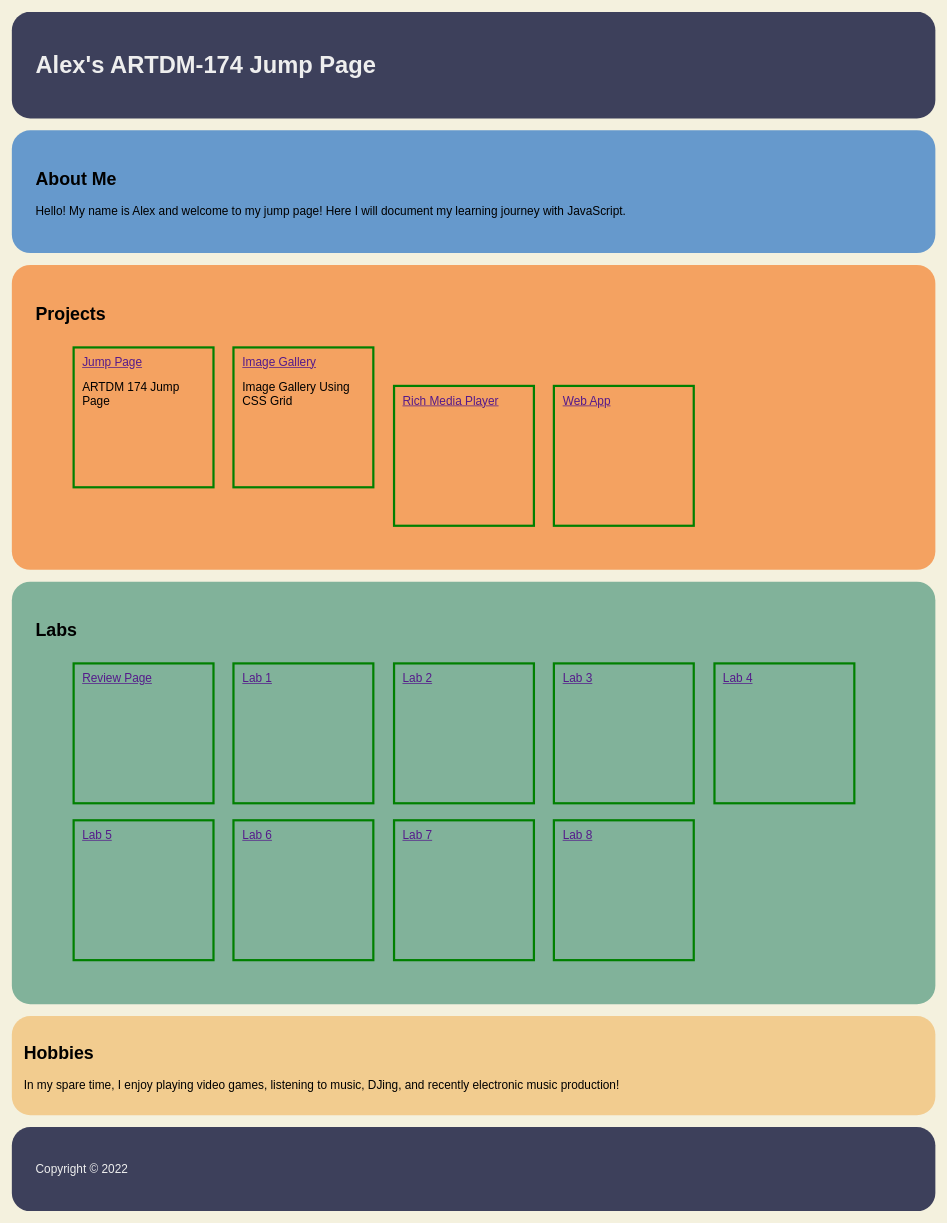
Repository: alexmaddux99/ARTDM-174
Page: CSS Animation/index.html
An editor plug-in stored every save of this project. The page is shown before and after the next save, followed by the edit.
The browser window is 1280 px wide. The pictures show the whole page, at 74% of full size.
Some web fonts or font styles are not loaded; a fallback is used.

Above is the page before, as saved 2022-02-10 13:28:40.

After the next save:
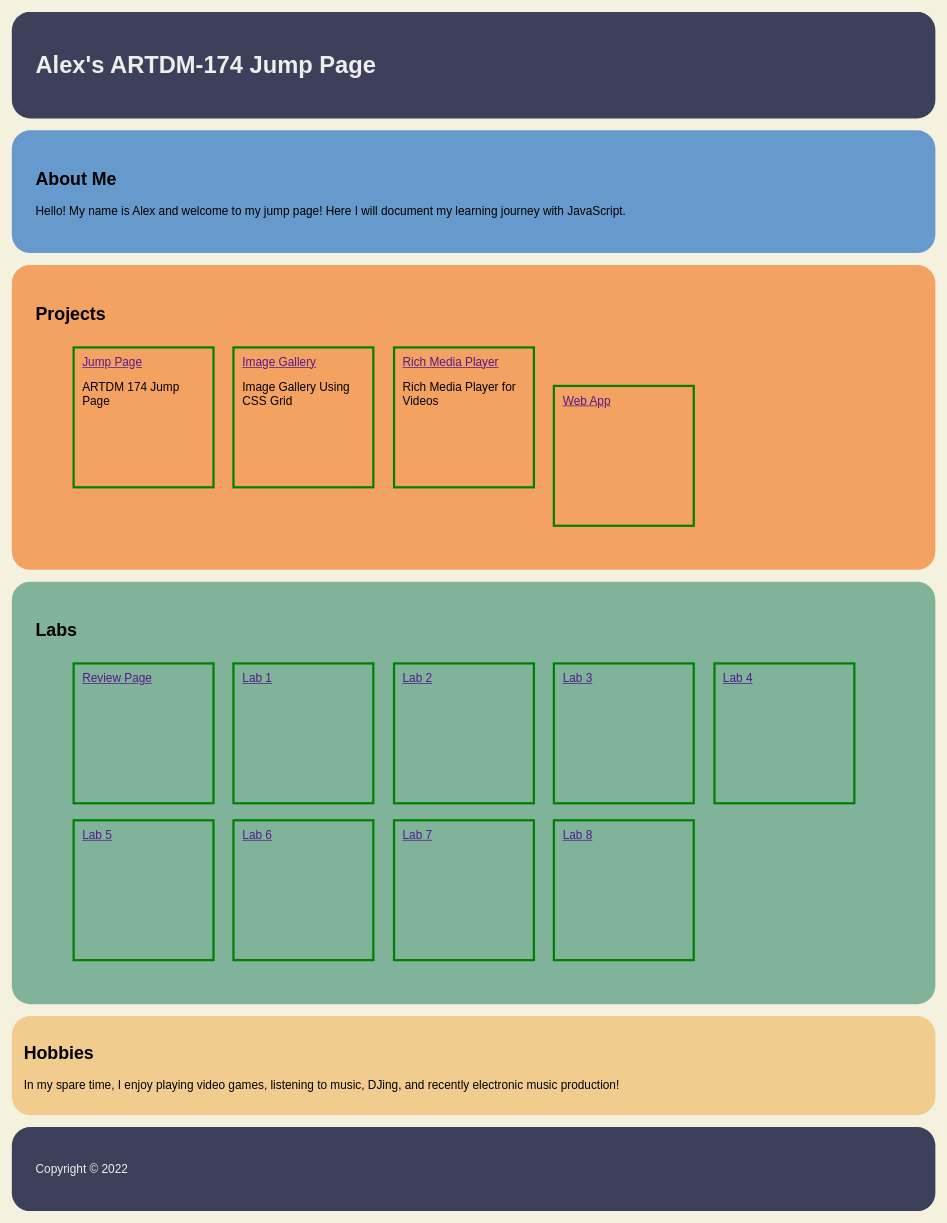
Saved 17 s later.
--- a/CSS Animation/index.html
+++ b/CSS Animation/index.html
@@ -30,7 +30,8 @@
                 <p>ARTDM 174 Jump Page</p></li>
                 <li><a href="">Image Gallery</a>
                 <p>Image Gallery Using CSS Grid</p></li>
-                <li><a href="">Rich Media Player</a></li>
+                <li><a href="">Rich Media Player</a>
+                <p>Rich Media Player for Videos</p></li>
                 <li><a href="">Web App</a></li>
             </ul>
         </section>
